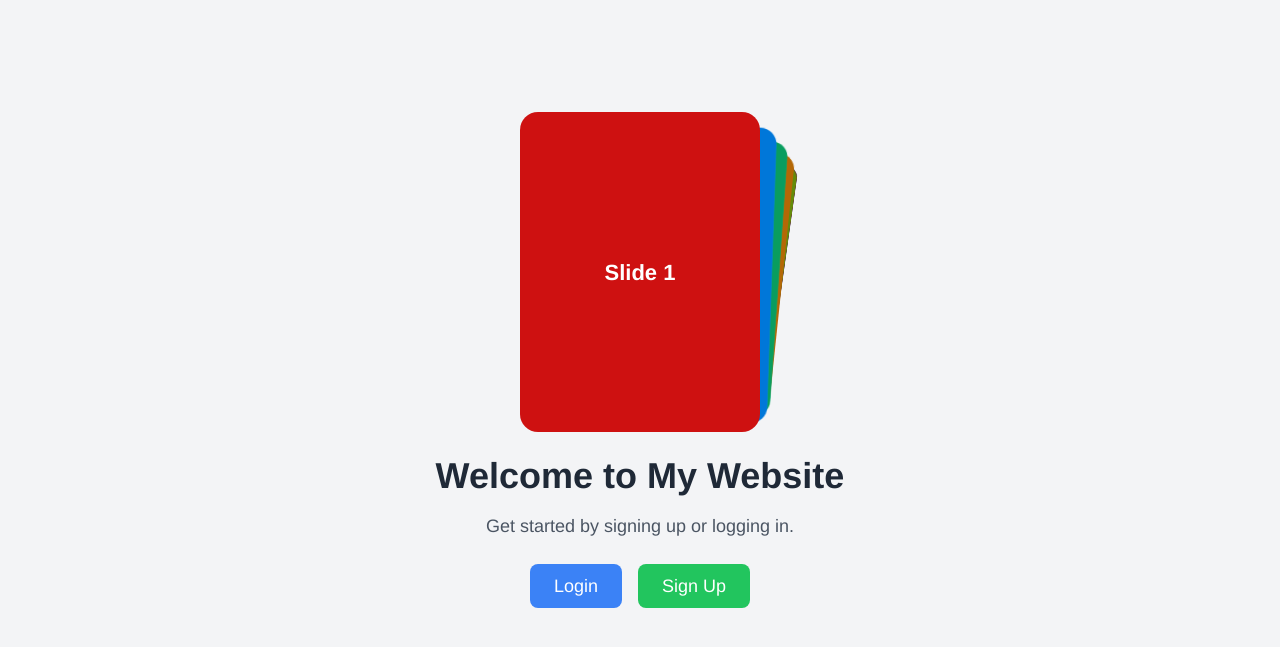
Repository: prathyushaa5/BuyYours
Page: / (app in Frontend/)
An editor plug-in stored every save of this project. The page is shown before and after the next save, followed by the edit.
The browser window is 1280 px wide. The pictures show the whole page.
The project was rebuilt for these pictures with package versions that can differ from the ones it lists, and the page was loaded fresh each time. Also part of the build but not shown: Frontend/vite.config.js, Frontend/src/components/Login.jsx, Frontend/src/components/Signup.jsx, Frontend/src/components/Home.jsx.

Above is the page before, as saved 2025-02-12 08:28:44.

After the next save:
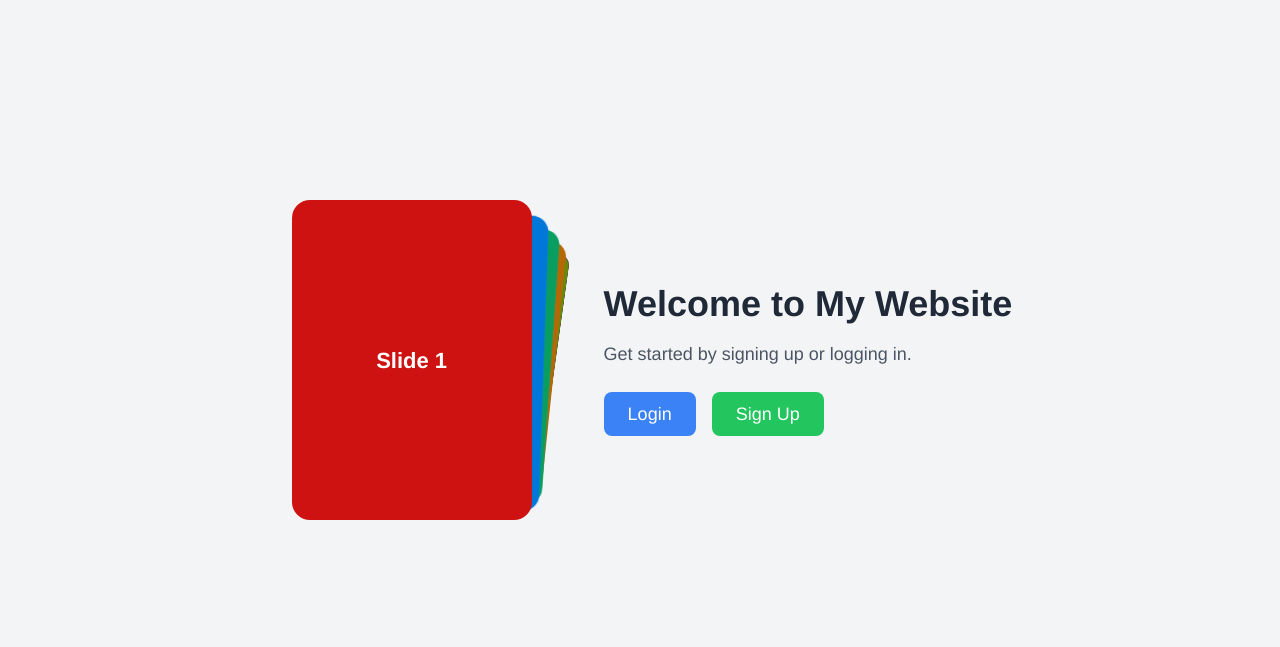
Saved 78 s later.
--- a/Frontend/src/components/Main.jsx
+++ b/Frontend/src/components/Main.jsx
@@ -9,9 +9,9 @@ export default function Main() {
   const navigate = useNavigate();
 
   return (
-    <div className="flex flex-col items-center justify-center min-h-screen bg-gray-100 p-6">
-      {/* Swiper Section */}
-      <div className="w-72 mb-6">
+    <div className="flex items-center justify-center min-h-screen bg-gray-100 p-6">
+      {/* Left: Swiper Section */}
+      <div className="w-72 mr-12">
         <Swiper
           effect={"cards"}
           grabCursor={true}
@@ -24,28 +24,29 @@ export default function Main() {
         </Swiper>
       </div>
 
-      {/* Welcome Text */}
-      <h1 className="text-4xl font-extrabold text-gray-800 mb-4">
-        Welcome to My Website
-      </h1>
-      <p className="text-lg text-gray-600 mb-6">
-        Get started by signing up or logging in.
-      </p>
+      {/* Right: Welcome Text & Buttons */}
+      <div className="flex flex-col items-start">
+        <h1 className="text-4xl font-extrabold text-gray-800 mb-4">
+          Welcome to My Website
+        </h1>
+        <p className="text-lg text-gray-600 mb-6">
+          Get started by signing up or logging in.
+        </p>
 
-      {/* Buttons */}
-      <div className="flex space-x-4">
-        <button
-          onClick={() => navigate("/login")}
-          className="px-6 py-2 bg-blue-500 text-white text-lg rounded-lg hover:bg-blue-600 transition"
-        >
-          Login
-        </button>
-        <button
-          onClick={() => navigate("/signup")}
-          className="px-6 py-2 bg-green-500 text-white text-lg rounded-lg hover:bg-green-600 transition"
-        >
-          Sign Up
-        </button>
+        <div className="flex space-x-4">
+          <button
+            onClick={() => navigate("/login")}
+            className="px-6 py-2 bg-blue-500 text-white text-lg rounded-lg hover:bg-blue-600 transition"
+          >
+            Login
+          </button>
+          <button
+            onClick={() => navigate("/signup")}
+            className="px-6 py-2 bg-green-500 text-white text-lg rounded-lg hover:bg-green-600 transition"
+          >
+            Sign Up
+          </button>
+        </div>
       </div>
     </div>
   );
